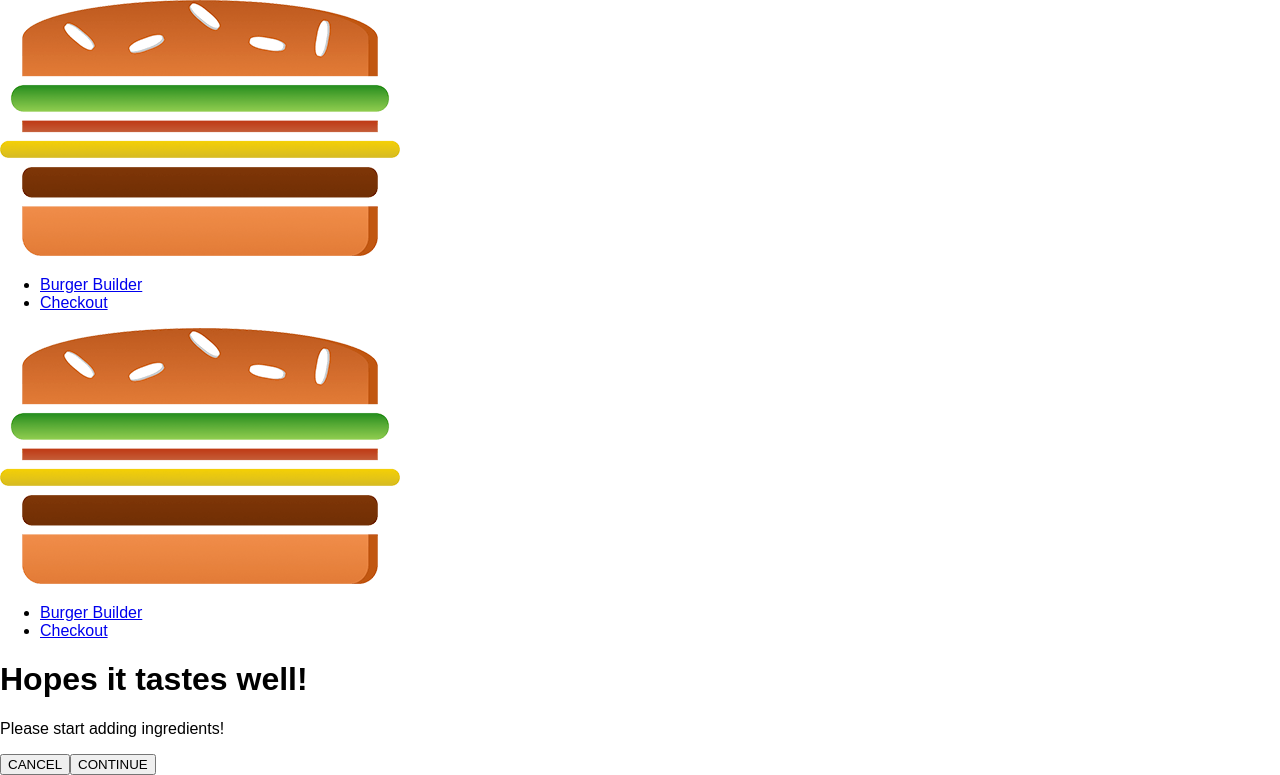
Repository: nidhi-abrol-sethi/react-burger-builder
Page: /checkout
The author's editor kept a copy of each file at every save. The page is drawn from the files as they stood at one save, then again after the next save.
The browser window is 1280 px wide. The pictures show the whole page.
The project was rebuilt for these pictures with package versions that can differ from the ones it lists, and the page was loaded fresh each time. Also part of the build but not shown: src/hoc/Layout/Layout.css, src/components/Navigation/Toolbar/Toolbar.css, src/components/Logo/Logo.css, src/components/Navigation/NavigationItems/NavigationItems.css, src/components/Navigation/NavigationItem/NavigationItem.css, src/components/Navigation/SideDrawer/DrawerToggle/DrawerToggle.css, src/components/UI/Backdrop/Backdrop.css, src/components/Navigation/SideDrawer/SideDrawer.css and 18 more.

Above is the page before, as saved 2020-05-26 04:14:13.

After the next save:
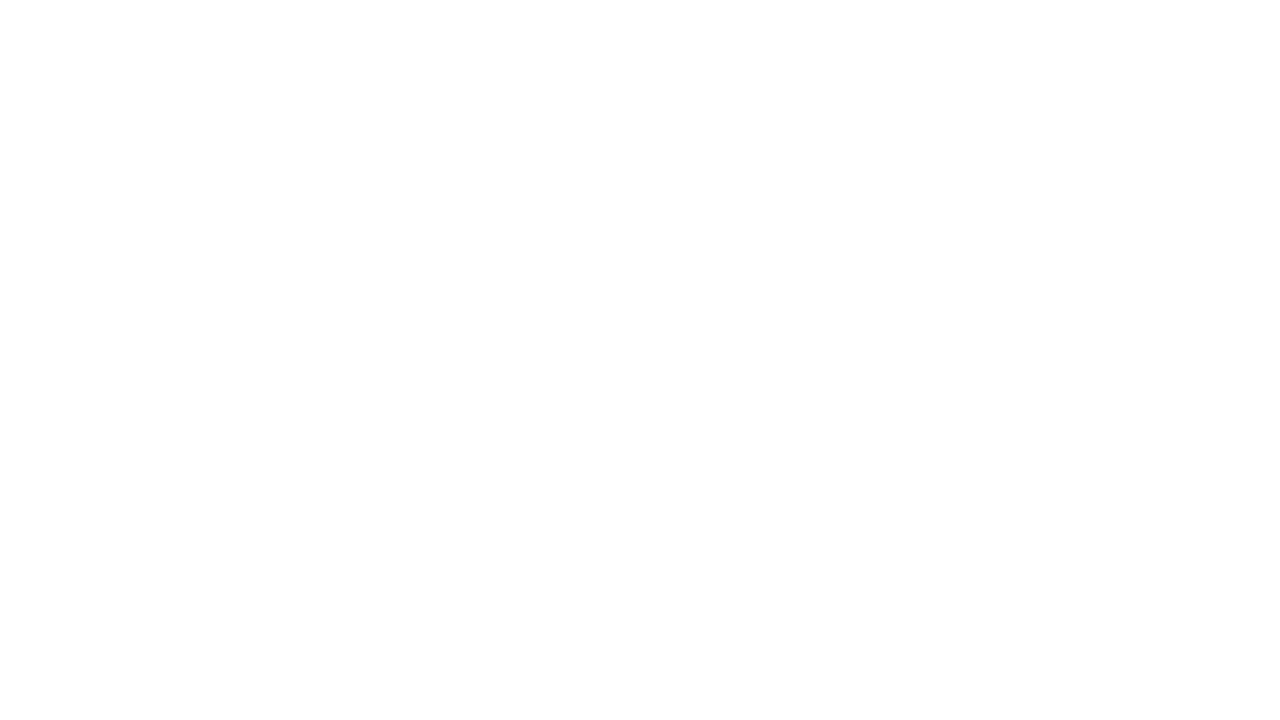
Console error: TypeError: Cannot convert undefined or null to object
Saved 6 min 9 s later.
--- a/src/containers/Checkout/Checkout.js
+++ b/src/containers/Checkout/Checkout.js
@@ -5,21 +5,23 @@
 
 class Checkout extends Component {
   state = {
-    ingredients: {
-      salad: 1,
-      meat: 1,
-      bacon: 1,
-      cheese: 1
-    }
+    ingredients: null,
+    price: 0
   };
+
   componentDidMount() {
     const query = new URLSearchParams(this.props.location.search);
     const ingredients = {};
+    let price = 0;
     for (let param of query.entries()) {
-      //['salad','1']
-      ingredients[param[0]] = +param[1];
+      if (param[0] === "price") {
+        price = param[1];
+      } else {
+        //['salad','1']
+        ingredients[param[0]] = +param[1];
+      }
     }
-    this.setState({ ingredients: ingredients });
+    this.setState({ ingredients: ingredients, totalPrice: price });
   }
   checkoutCancelledHandler = () => {
     this.props.history.goBack();

After the save that followed:
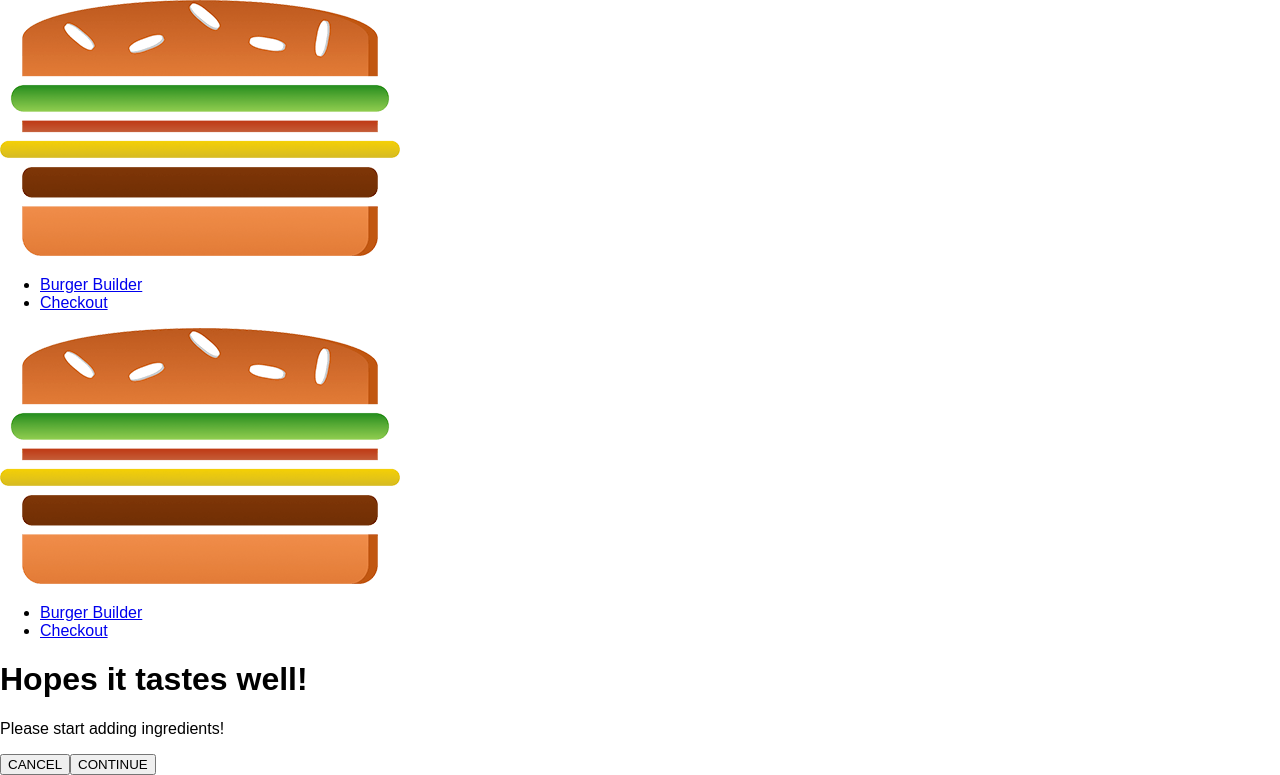
The error is gone.
Saved 111 s later.
--- a/src/containers/Checkout/Checkout.js
+++ b/src/containers/Checkout/Checkout.js
@@ -9,7 +9,7 @@
     price: 0
   };
 
-  componentDidMount() {
+  componentWillMount() {
     const query = new URLSearchParams(this.props.location.search);
     const ingredients = {};
     let price = 0;
